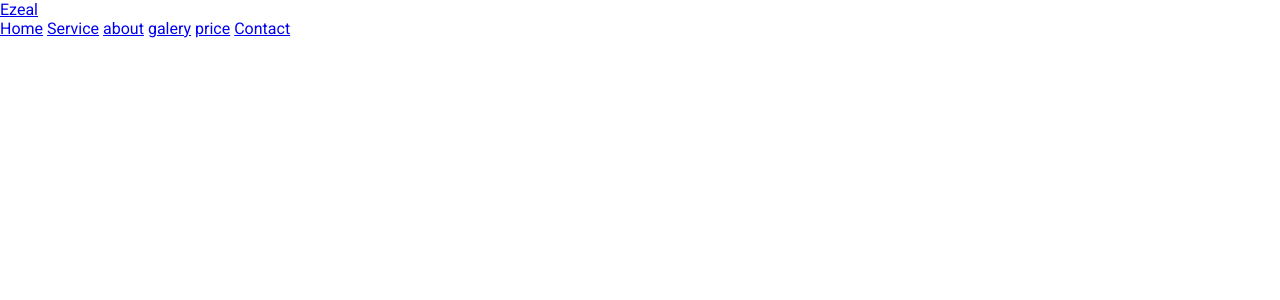
Repository: Jayce1607/First-clone
Page: html/index.html
An editor plug-in stored every save of this project. The page is shown before and after the next save, followed by the edit.
The browser window is 1280 px wide. The pictures show the whole page.

Above is the page before, as saved 2021-08-26 17:05:35.

### html/index.html
<!DOCTYPE html>
<html lang="en">
<head>
  <meta charset="UTF-8">
  <meta http-equiv="X-UA-Compatible" content="IE=edge">
  <meta name="viewport" content="width=device-width, initial-scale=1.0">
  <title>Event Organizer Website Design Using HTML - CSS - Javascript </title>
  <link rel="stylesheet" href="../css/reset.css">
  <link rel="stylesheet" href="../css/app.css">
  <link rel="stylesheet" href="https://cdnjs.cloudflare.com/ajax/libs/font-awesome/5.15.4/css/all.min.css">
  <link rel="preconnect" href="https://fonts.googleapis.com">
<link rel="preconnect" href="https://fonts.gstatic.com" crossorigin>
<link href="https://fonts.googleapis.com/css2?family=Roboto:ital,wght@0,100;0,300;0,400;0,500;0,700;0,900;1,900&display=swap" rel="stylesheet">
</head>
<body>
  <!-- header start -->
  <header class="header">
    <a href="#" class="logo"><span>E</span>zeal</a>
    <nav class="navbar">
      <a href="#home">Home</a>
      <a href="#service">Service</a>
      <a href="#about">about</a>
      <a href="#galery">galery</a>
      <a href="#price">price</a>
      <a href="#contact">Contact</a>


    </nav>
  </header>
  <!-- header end  -->
</body>
</html>

### css/reset.css
*{
  margin: 0;
  padding: 0;
  border: 0;
  font-size: 100%;
 }
html, body, div, span, applet, object, iframe,h1, h2, h3, h4, h5, h6, p{
  margin: 0;
  padding: 0;
  border: 0;
  font-size: 100%;
  font-family: 'Roboto', sans-serif;
}

ol, ul {
  list-style: none;
}
img{
  object-fit: cover;
  max-width: 100%;
  width: 100%;
}

Loaded but not shown: css/app.css (no stored copy; drawn as an empty file)

After the next save:
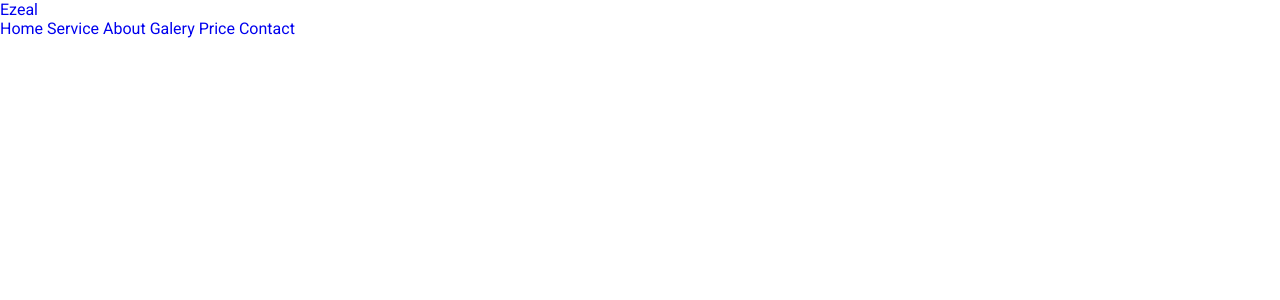
Saved 30 s later.
--- a/css/reset.css
+++ b/css/reset.css
@@ -3,6 +3,8 @@
   padding: 0;
   border: 0;
   font-size: 100%;
+  text-decoration: none;
+  text-transform: capitalize;
  }
 html, body, div, span, applet, object, iframe,h1, h2, h3, h4, h5, h6, p{
   margin: 0;
@@ -10,6 +12,7 @@
   border: 0;
   font-size: 100%;
   font-family: 'Roboto', sans-serif;
+
 }
 
 ol, ul {
